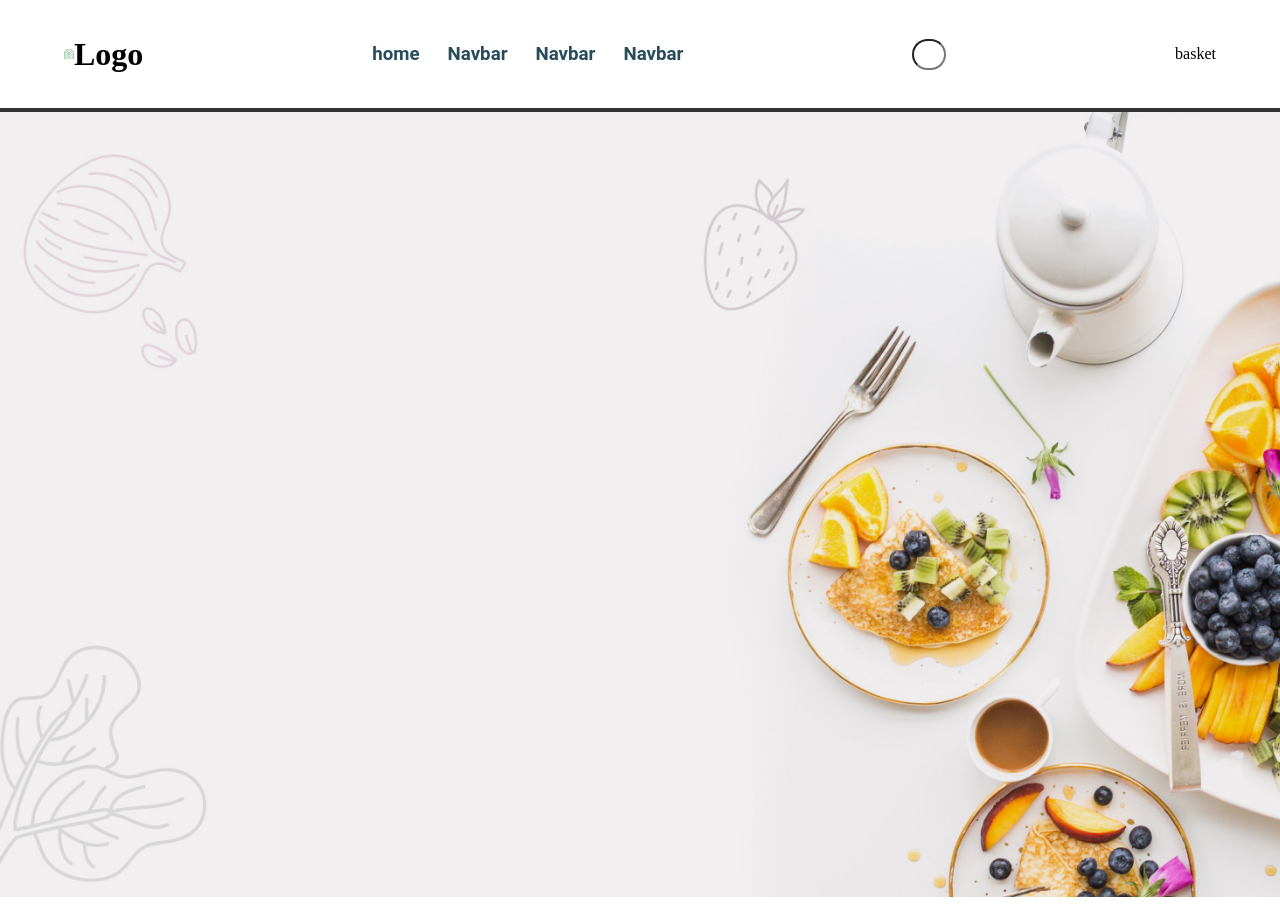
Repository: Islam432/Islam-and-Arsi---team
Page: /
The author's editor kept a copy of each file at every save. The page is drawn from the files as they stood at one save, then again after a run of saves.
The browser window is 1280 px wide. The pictures show the whole page.
The project was rebuilt for these pictures with package versions that can differ from the ones it lists, and the page was loaded fresh each time. Also part of the build but not shown: vite.config.js, src/App.css, src/components/Comp/Comp.jsx.

Above is the page before, as saved 2023-03-12 00:04:47.

### src/main.jsx
import React from "react";
import ReactDOM from "react-dom/client";
import App from "./App";
import "./index.css";
import { BrowserRouter } from "react-router-dom";


ReactDOM.createRoot(document.getElementById("root")).render(
  <React.StrictMode>

      <BrowserRouter>
        <App />
      </BrowserRouter>

  </React.StrictMode>
);

### src/App.jsx
import { useState } from "react";
import reactLogo from "./assets/react.svg";
import "./App.css";
import { Route, Routes } from "react-router-dom";
import { Layout } from "./components/Layout";
import { Home } from "./components/Home/Home";
import { Comp } from "./components/Comp/Comp";

function App() {
  return (

    <Layout>  <Routes>
    <Route path="/" element = {<Home/>}/>
    <Route path="/comp" element= {<Comp/>} />
  </Routes></Layout>

  );
}

export default App;

### src/components/Layout/index.jsx
import React from 'react'
import { Navbar } from '../Navbar/Navbar'

export const Layout = ({children}) => {
  return (
  <>
 <Navbar/>
  <main>{children}</main>
  </>
  )
}

### src/components/Home/Home.jsx
import React from 'react'
import styles from './Home.module.css'


export const Home = () => {
  return (
    <div className={styles.cont}>
      <div className={styles.blok1}></div>
    </div>
  )
}

### src/components/Navbar/Navbar.jsx
import React from "react";
import { NavLink } from "react-router-dom";
import styles from "./Navbar.module.css";

export const Navbar = () => {
  return (
    <div className={styles.cont}>
      <form className={styles.allnav}>
       <div className={styles.logo}> <div className={styles.logoimg}></div> <h1>Logo</h1></div>

        <div className={styles.navbar}>
          <NavLink to={'/'} className={styles.NavLink}>
            <h3>home</h3>
          </NavLink>
          <NavLink to={'/comp'} className={styles.NavLink}>
            <h3>Navbar</h3>
          </NavLink>
          <NavLink className={styles.NavLink}>
            <h3>Navbar</h3>
          </NavLink>
          <NavLink className={styles.NavLink}>
            <h3>Navbar</h3>
          </NavLink>

        </div>

        <div className={styles.inputblok}>
          <input type="text" placeholder="serch" />
        </div>

        <div>basket</div>
      </form>
    </div>
  );
};

### src/components/Home/Home.module.css
.cont{
    margin: 0;



}
.blok1{
    background-image: url('./Banner.jpg');
  width: 100%;
 object-fit: cover;
min-height: 110vh;

    background-size: cover;
}

### src/components/Navbar/Navbar.module.css
.cont {
    margin: 0;
  display: flex;
  align-items: center;
  justify-content: center;
  height: 15vh;
  background: #ffffff;
border-bottom: 4px solid #333;
}
.logo{
  display: flex;
  align-items: center;
}
.logoimg{
width: 10px;
height: 10px;
object-fit: cover;
background-image: url('./logologo.png');
background-size: cover;
}

.allnav {
  display: flex;
  align-items: center;
  justify-content: space-between;
  width: 90%;
  height: 10vh;

}
.navbar {
  display: flex;
  justify-content: space-around;
  align-items: center;
  gap: 28px;

  font-family: Roboto;
  font-style: Bold;
  font-size: 16px;
  color: #274C5B;

}
.NavLink{
    text-decoration: none;
    color: #274C5B;
}
input{
  font-size: 15px;
  outline: none;
  padding: 5px;
  transition: all 0.5s ease-in, box-shadow 0.6s ease-in;
 width: 20px;
 cursor: pointer;

 border-radius: 100px;
}
input::placeholder{
  opacity: 0;
  color: #0f2a5f;
  transition: 1.1s linear;
}

input:hover{
  transition: all 0.2s ease-in ;
  box-shadow: 0px 0px 5px blue;
}
input:focus::placeholder{
  opacity: 1;
  transition: 1.2s linear;

}
input:focus,

input:not(:placeholder-shown){
  padding: 10px 20px;
  border-radius: 1000px;

  width: 150px;
  transition:  all 0.8s ease-out;
  box-shadow: 0px 0px 20px rgb(151, 248, 255);
}

Loaded but not shown: index.html (common file); src/index.css (common file)

After the next 2 saves:
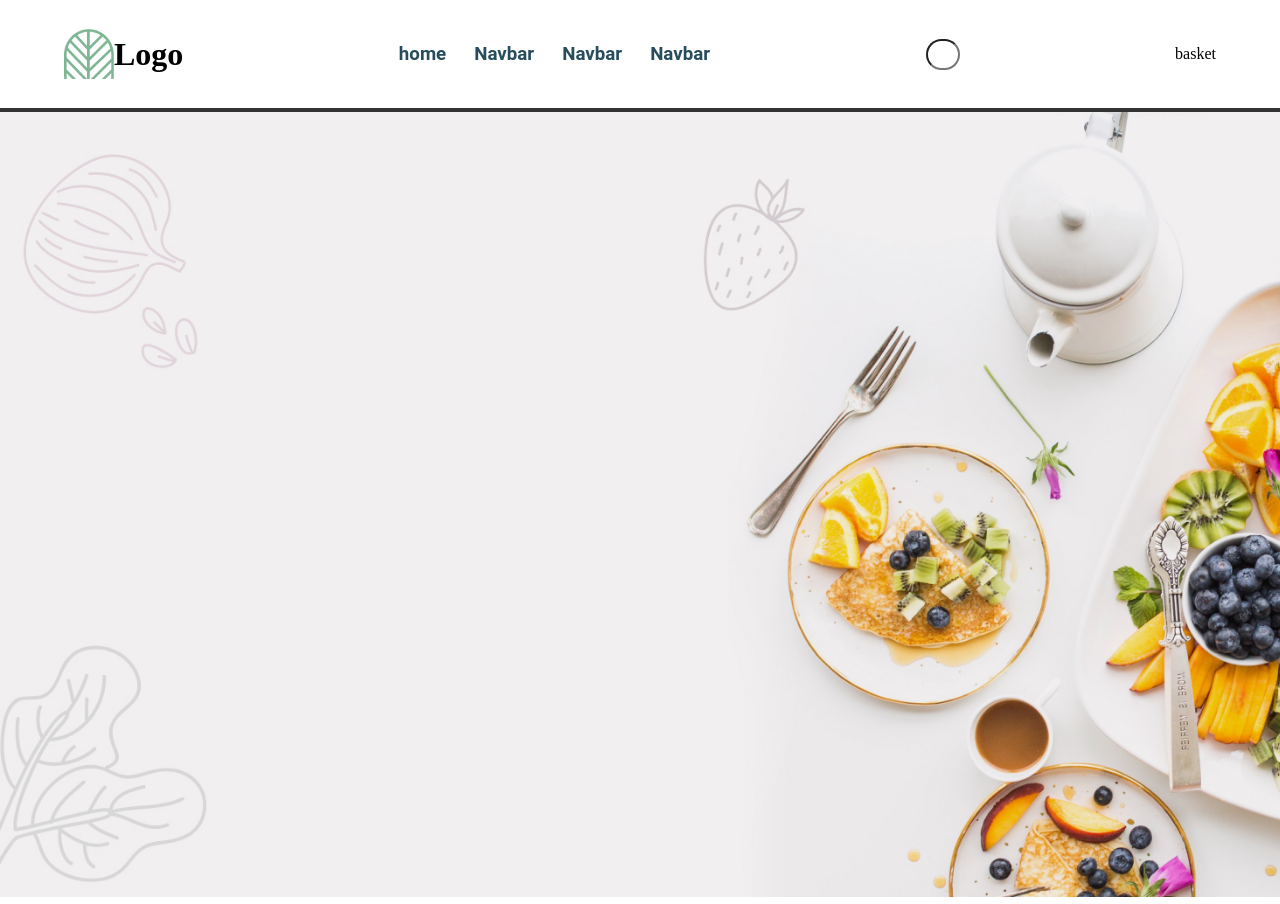
The 2 saves are shown as one change because they came seconds apart.
The last was saved 11 s later.
--- a/src/components/Navbar/Navbar.module.css
+++ b/src/components/Navbar/Navbar.module.css
@@ -12,8 +12,8 @@ border-bottom: 4px solid #333;
   align-items: center;
 }
 .logoimg{
-width: 10px;
-height: 10px;
+width: 50px;
+height: 50px;
 object-fit: cover;
 background-image: url('./logologo.png');
 background-size: cover;
